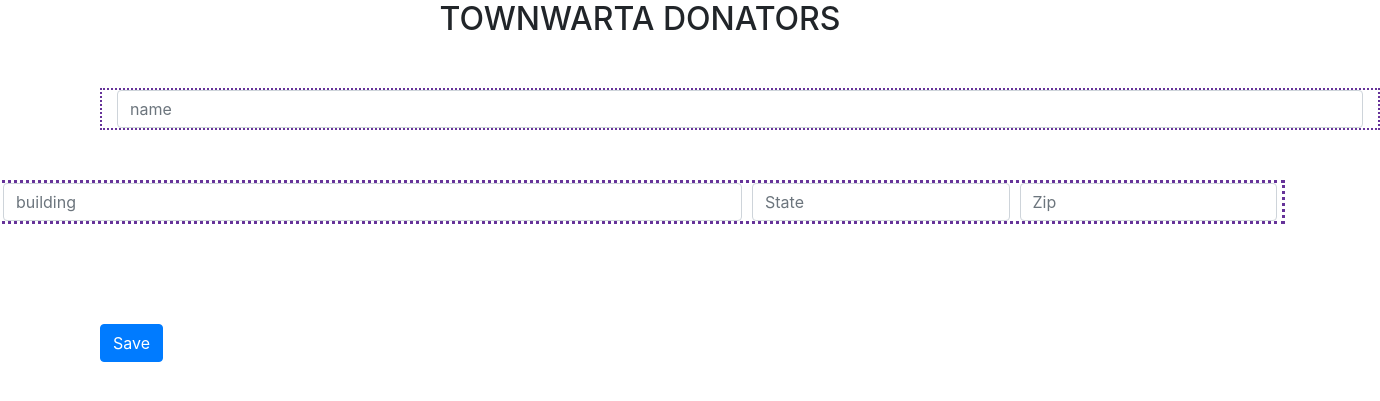
Repository: shivanand1988-28-06/townwarta
Page: http://localhost/donator/donator
An editor plug-in stored every save of this project. The page is shown before and after the next save, followed by the edit.
The browser window is 1280 px wide. The page is 1380 px wide, so the pictures cover 1380 px, including what lies to the right of the window. The pictures show the whole page.
The page is served by the project's Node server (Townwarta.js). Other server files are loaded and not shown.

Above is the page before, as saved 2022-08-30 22:15:49.

### views/articles/donator.ejs

<!DOCTYPE html>
<html lang="en">
<head>
  <meta charset="UTF-8">
  <meta name="viewport" content="width=device-width, initial-scale=1.0">
  <link rel="stylesheet" href="https://maxcdn.bootstrapcdn.com/bootstrap/4.0.0/css/bootstrap.min.css" integrity="sha384-Gn5384xqQ1aoWXA+058RXPxPg6fy4IWvTNh0E263XmFcJlSAwiGgFAW/dAiS6JXm" crossorigin="anonymous">
  <meta http-equiv="X-UA-Compatible" content="ie=edge">
  <title>TOWNWARTA</title>
</head>
<body>
    <h2 style = "text-align : center ">TOWNWARTA DONATORS</h2>
    <form >
        <div class="col" style = "margin : 50px 100px 50px 100px; border: 2px rebeccapurple dotted">
            <input type="text" class="form-control" placeholder="name">
          </div>
        <div class="form-row" style = "border: 3px rebeccapurple dotted;">

          <div class="col-7">
            <input type="text" class="form-control" placeholder="building">
          </div>
          <div class="col">
            <input type="text" class="form-control" placeholder="State">
          </div>
          <div class="col">
            <input type="text" class="form-control" placeholder="Zip">
          </div>

        </div>
        <div style = "padding:100px;">
            <button type="submit" class="btn btn-primary">Save</button>
        </div>
      </form>
</body>

### Townwarta.js

require("dotenv").config();
const express = require("express");
const mongoose = require("mongoose");
const articleRouter = require("./routes/articles");
const userRouter = require("./routes/user");
const connectDB = require("./db/connect");
const app = express();
const Article= require("./models/article");
const methodOverride = require("method-override")
const port = process.env.PORT || 3000
const path = require("path");
const donatorRouter = require("./routes/donator")

app.set("views" , path.join(__dirname , "views"))
app.set("view engine", "ejs");
// app.use(express.json());
 app.use(express.urlencoded({extended:false}));
app.use(express.static(path.join(__dirname, "public")));
app.use(methodOverride("_method"));

  app.get("/", async (req,res)=>{
    const articles = await Article.find();
    res.render("articles/index" , {articles:articles});
  });

  app.use("/" , userRouter);

app.use("/articles" , articleRouter );

app.use("/donator" , donatorRouter)
console.log(Article)


const start = async () =>{

try{

    await connectDB( process.env.MONGO_URI );
    app.listen(port,()=>{ console.log(`app is running over port ${port}`)});

}catch(error) {

    console.log(error);

}

}

start();

### routes/donator.js
const express = require("express");
const donatorRouter = express.Router();
const Donator = require("../models/donator");



donatorRouter.post("/donator", async(req,res) => {
    let {name , createdAt , address} = req.body ;
    let donator = await Donator.create({name : name , createdAt : createdAt , address : address});

} );

donatorRouter.get("/donator" , (req,res)=>{
    res.render("articles/donator");
})

module.exports = donatorRouter

After the next save:
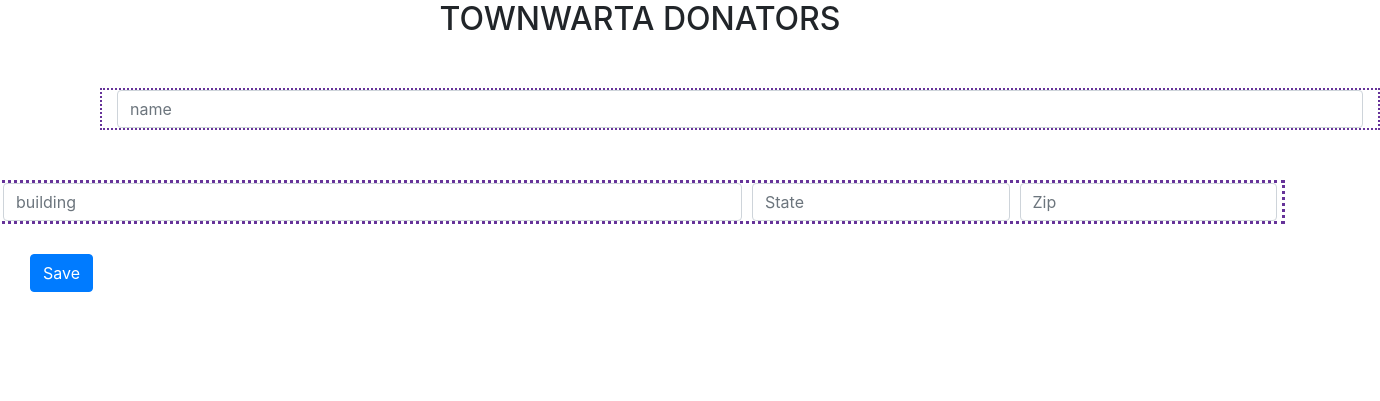
Saved 12 s later.
--- a/views/articles/donator.ejs
+++ b/views/articles/donator.ejs
@@ -27,7 +27,7 @@
           </div>
 
         </div>
-        <div style = "padding:100px;">
+        <div style = "padding:30px;">
             <button type="submit" class="btn btn-primary">Save</button>
         </div>
       </form>
